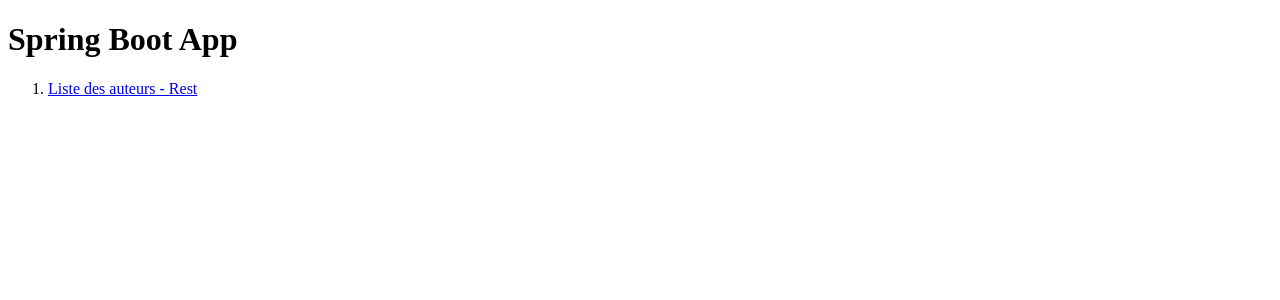
Repository: rdrayef/Spring-SpringBoot-MQL
Page: p05-spring-boot/src/main/webapp/index.html
The author's editor kept a copy of each file at every save. The page is drawn from the files as they stood at one save, then again after the next save.
The browser window is 1280 px wide. The pictures show the whole page.

Above is the page before, as saved 2023-04-03 14:58:21.

### p05-spring-boot/src/main/webapp/index.html
<!DOCTYPE html>
<html>
<head>
<meta charset="UTF-8">
<title>Insert title here</title>
</head>
<body>
	<h1>Spring Boot App</h1>
	<ol>
		<li><a href="get-all-authors">Liste des auteurs - Rest</a></li>
	</ol>
</body>
</html>

After the next save:
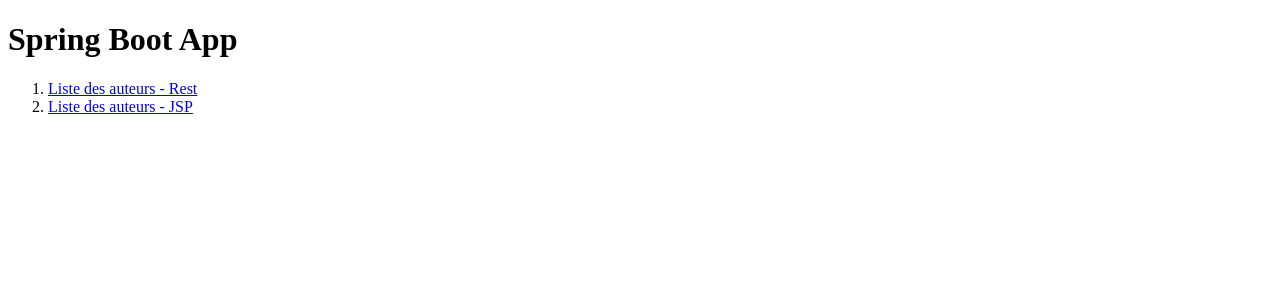
Saved 54 s later.
--- a/p05-spring-boot/src/main/webapp/index.html
+++ b/p05-spring-boot/src/main/webapp/index.html
@@ -7,7 +7,8 @@
 <body>
 	<h1>Spring Boot App</h1>
 	<ol>
-		<li><a href="get-all-authors">Liste des auteurs - Rest</a></li>
+		<li><a href="get-all-authors-rest">Liste des auteurs - Rest</a></li>
+		<li><a href="get-all-authors">Liste des auteurs - JSP</a></li>
 	</ol>
 </body>
 </html>
